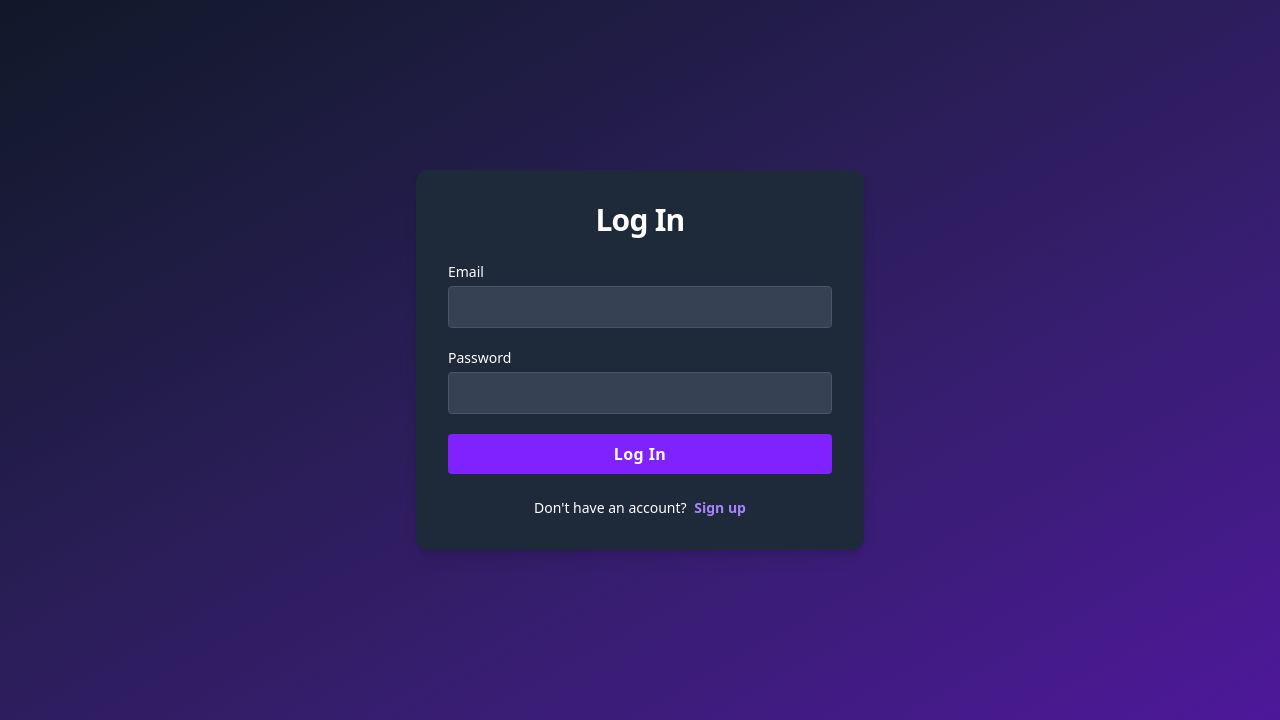
Repository: Marvin-Maina/blogsitev2
Page: /signup
The author's editor kept a copy of each file at every save. The page is drawn from the files as they stood at one save, then again after the next save.
The browser window is 1280 px wide. The pictures show the whole page.
The project was rebuilt for these pictures with package versions that can differ from the ones it lists, and the page was loaded fresh each time. Also part of the build but not shown: vite.config.js, src/components/ThemeToggle.jsx, src/components/Sidebar.jsx, src/pages/Writerdashboard.jsx, src/components/ArticleModal.jsx, src/pages/UserDashboard.jsx, src/pages/Admindashboard.jsx, src/pages/ContentEditor.jsx and 3 more.

Above is the page before, as saved 2025-04-16 20:35:57.

### src/main.jsx
import React from 'react';
import ReactDOM from 'react-dom/client';
import App from './App';
import { BrowserRouter } from 'react-router-dom';
import AuthProvider from './pages/Authprovider';
import './index.css'

ReactDOM.createRoot(document.getElementById('root')).render(
  <React.StrictMode>
    <BrowserRouter>
      <AuthProvider>
        <App />
      </AuthProvider>
    </BrowserRouter>
  </React.StrictMode>
);

### src/App.jsx
import React, { useState, useContext } from "react";
import { Routes, Route, Navigate } from "react-router-dom";
import Sidebar from "./components/Sidebar";
import Signup from "./pages/Signup";
import WriterDashboard from './pages/WriterDashboard';
import UserDashboard from "./pages/UserDashboard";
import AdminDashboard from "./pages/Admindashboard";
import ContentEditor from "./pages/ContentEditor";
import ArticleList from './pages/ArticleList';
import MediaPage from "./pages/Media";
import ProfilePage from "./pages/ProfilePage";

import { ThemeProvider, ThemeContext } from "./ThemeContext";

const Layout = ({ children }) => {
  const [isCollapsed, setIsCollapsed] = useState(false);
  const { isDarkMode } = useContext(ThemeContext);

  return (
    <div className={`flex h-screen ${isDarkMode ? "bg-gray-950 text-white" : "bg-gray-50 text-gray-800"}`}>
      <Sidebar isCollapsed={isCollapsed} toggleCollapse={() => setIsCollapsed(prev => !prev)} />
      <main className={`transition-all duration-300 flex-1 p-4 ${isCollapsed ? "ml-16" : "ml-64"}`}>
        {children}
      </main>
    </div>
  );
};

function App() {
  const user = JSON.parse(localStorage.getItem("user"));

  return (
    <ThemeProvider>
      <Routes>
        {/* Auth page - no sidebar */}
        <Route path="/signup" element={<Signup />} />

        {/* Protect all other routes unless user exists */}
        {!user && <Route path="*" element={<Navigate to="/signup" replace />} />}

        {user && (
          <>
            <Route path="/" element={<Navigate to={`/${user.role}-dashboard`} replace />} />

            <Route
              path="/writer-dashboard"
              element={
                user.role === "writer" ? (
                  <Layout><WriterDashboard /></Layout>
                ) : (
                  <Navigate to="/user-dashboard" replace />
                )
              }
            />

            <Route
              path="/admin-dashboard"
              element={
                user.role === "admin" ? (
                  <Layout><AdminDashboard /></Layout>
                ) : (
                  <Navigate to="/user-dashboard" replace />
                )
              }
            />

            <Route path="/user-dashboard" element={<Layout><UserDashboard /></Layout>} />
            <Route path="/ContentEditor" element={<Layout><ContentEditor /></Layout>} />
            <Route path="/articles" element={<Layout><ArticleList /></Layout>} />
            <Route path="/media" element={<Layout><MediaPage /></Layout>} />
            <Route path="/profile" element={<Layout><ProfilePage /></Layout>} />
            <Route path="*" element={<Navigate to="/" replace />} />
          </>
        )}
      </Routes>
    </ThemeProvider>
  );
}

export default App;

### src/pages/Authprovider.jsx
import { createContext, useContext, useState, useEffect } from 'react';

const AuthContext = createContext();

const AuthProvider = ({ children }) => {
  const [user, setUser] = useState(() => {
    const storedUser = localStorage.getItem('user');
    return storedUser ? JSON.parse(storedUser) : null;
  });

  const [role, setRole] = useState(null);
  const [loading, setLoading] = useState(true);

  useEffect(() => {
    console.log('User info:', user);
  }, [user]);

  useEffect(() => {
    const storedUser = JSON.parse(localStorage.getItem('user'));
    const storedRole = localStorage.getItem('role');

    if (storedUser && storedRole) {
      setUser(storedUser);
      setRole(storedRole);
    }

    setLoading(false);
  }, []);

  const login = (userData, role) => {
    setUser(userData);
    setRole(role);
    localStorage.setItem('user', JSON.stringify(userData));
    localStorage.setItem('role', role);
  };

  const logout = () => {
    setUser(null);
    setRole(null);
    localStorage.removeItem('user');
    localStorage.removeItem('role');
  };

  return (
    <AuthContext.Provider value={{ user, role, login, logout, loading }}>
      {children}
    </AuthContext.Provider>
  );
};

export const useAuth = () => useContext(AuthContext);
export default AuthProvider;

### src/pages/Signup.jsx
import React, { useState, useEffect } from "react";
import { useNavigate } from "react-router-dom";

const Signup = () => {
  const [isLogin, setIsLogin] = useState(true);
  const [name, setName] = useState("");
  const [email, setEmail] = useState("");
  const [password, setPassword] = useState("");
  const [role, setRole] = useState("user");

  const navigate = useNavigate();

  useEffect(() => {
    if (email.trim().toLowerCase() === "admin@admin.com") {
      setRole("admin");
    }
  }, [email]);

  const handleSubmit = (e) => {
    e.preventDefault();

    const users = JSON.parse(localStorage.getItem("users")) || [];

    if (isLogin) {
      const existingUser = users.find(
        (u) => u.email === email && u.password === password
      );

      if (existingUser) {
        localStorage.setItem("user", JSON.stringify(existingUser));
        navigate(`/${existingUser.role}-dashboard`);
      } else {
        alert("Invalid credentials.");
      }
    } else {
      const userExists = users.some((u) => u.email === email);
      if (userExists) {
        alert("User already exists.");
        return;
      }

      const newUser = {
        id: crypto.randomUUID(),
        name,
        email,
        password,
        role: email === "admin@admin.com" ? "admin" : role,
      };

      users.push(newUser);
      localStorage.setItem("users", JSON.stringify(users));
      alert("Signup successful! You can now log in.");
      setIsLogin(true);
    }
  };

  return (
    <div className="flex justify-center items-center min-h-screen bg-gradient-to-br from-gray-900 to-violet-900 text-white px-4">
      <div className="bg-gray-800 w-full max-w-md p-8 rounded-xl shadow-lg">
        <h2 className="text-3xl font-extrabold text-center mb-6 tracking-tight">
          {isLogin ? "Log In" : "Sign Up"}
        </h2>

        <form onSubmit={handleSubmit} className="space-y-5">
          {!isLogin && (
            <div>
              <label className="block text-sm mb-1">Name</label>
              <input
                type="text"
                value={name}
                onChange={(e) => setName(e.target.value)}
                required
                className="w-full px-4 py-2 bg-gray-700 border border-gray-600 rounded focus:outline-none focus:ring-2 focus:ring-violet-500"
              />
            </div>
          )}

          <div>
            <label className="block text-sm mb-1">Email</label>
            <input
              type="email"
              value={email}
              onChange={(e) => setEmail(e.target.value)}
              required
              className="w-full px-4 py-2 bg-gray-700 border border-gray-600 rounded focus:outline-none focus:ring-2 focus:ring-violet-500"
            />
          </div>

          <div>
            <label className="block text-sm mb-1">Password</label>
            <input
              type="password"
              value={password}
              onChange={(e) => setPassword(e.target.value)}
              required
              className="w-full px-4 py-2 bg-gray-700 border border-gray-600 rounded focus:outline-none focus:ring-2 focus:ring-violet-500"
            />
          </div>

          {!isLogin && email.trim().toLowerCase() !== "admin@admin.com" && (
            <div>
              <label className="block text-sm mb-1">Role</label>
              <select
                value={role}
                onChange={(e) => setRole(e.target.value)}
                className="w-full px-4 py-2 bg-gray-700 border border-gray-600 rounded focus:outline-none"
              >
                <option value="user">User</option>
                <option value="writer">Writer</option>
              </select>
            </div>
          )}

          <button
            type="submit"
            className="w-full bg-violet-600 hover:bg-violet-700 transition duration-200 px-4 py-2 rounded font-bold tracking-wide"
          >
            {isLogin ? "Log In" : "Sign Up"}
          </button>
        </form>

        <p className="mt-6 text-sm text-center">
          {isLogin ? "Don't have an account?" : "Already have an account?"}{" "}
          <button
            onClick={() => setIsLogin(!isLogin)}
            className="text-violet-400 hover:text-violet-300 font-semibold ml-1"
          >
            {isLogin ? "Sign up" : "Log in"}
          </button>
        </p>
      </div>
    </div>
  );
};

export default Signup;

### src/ThemeContext.jsx
import React, { createContext, useState, useEffect, useContext } from "react";

// Create the context
export const ThemeContext = createContext();

// Create the ThemeProvider component
export const ThemeProvider = ({ children }) => {
  const [isDarkMode, setIsDarkMode] = useState(false);

  // Load the theme preference from localStorage on initial load
  useEffect(() => {
    const savedTheme = localStorage.getItem("theme");
    if (savedTheme === "dark") {
      setIsDarkMode(true);
    } else {
      setIsDarkMode(false);
    }
  }, []);

  // Save the theme preference to localStorage whenever it changes
  useEffect(() => {
    localStorage.setItem("theme", isDarkMode ? "dark" : "light");
  }, [isDarkMode]);

  return (
    <ThemeContext.Provider value={{ isDarkMode, setIsDarkMode }}>
      {children}
    </ThemeContext.Provider>
  );
};

// Create a custom hook to use the theme context
export const useTheme = () => {
  return useContext(ThemeContext);
};

Loaded but not shown: index.html (common file); src/index.css (common file)

After the next save:
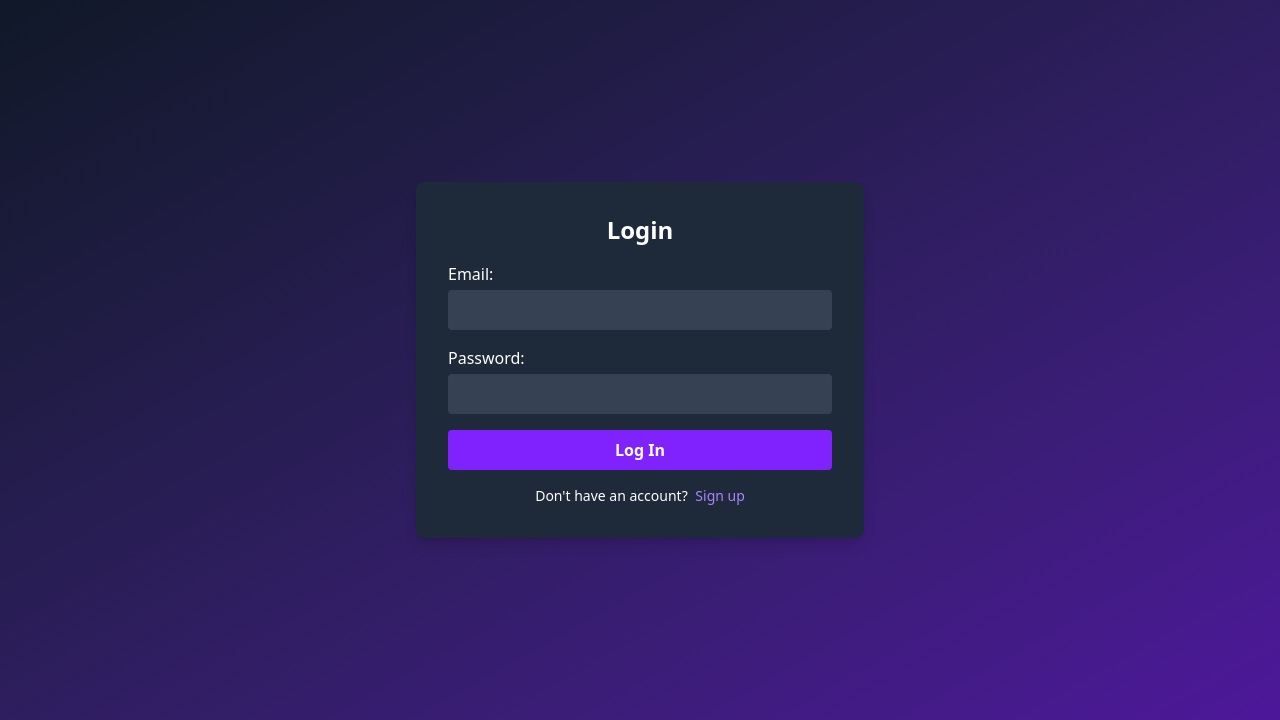
Saved 7 min 41 s later.
--- a/src/pages/Signup.jsx
+++ b/src/pages/Signup.jsx
@@ -1,7 +1,7 @@
 import React, { useState, useEffect } from "react";
 import { useNavigate } from "react-router-dom";
 
-const Signup = () => {
+const SignupLogin = () => {
   const [isLogin, setIsLogin] = useState(true);
   const [name, setName] = useState("");
   const [email, setEmail] = useState("");
@@ -11,7 +11,7 @@ const Signup = () => {
   const navigate = useNavigate();
 
   useEffect(() => {
-    if (email.trim().toLowerCase() === "admin@admin.com") {
+    if (email === "admin@admin.com") {
       setRole("admin");
     }
   }, [email]);
@@ -30,17 +30,16 @@ const Signup = () => {
         localStorage.setItem("user", JSON.stringify(existingUser));
         navigate(`/${existingUser.role}-dashboard`);
       } else {
-        alert("Invalid credentials.");
+        alert("Invalid credentials");
       }
     } else {
       const userExists = users.some((u) => u.email === email);
       if (userExists) {
-        alert("User already exists.");
+        alert("User already exists");
         return;
       }
 
       const newUser = {
-        id: crypto.randomUUID(),
         name,
         email,
         password,
@@ -49,61 +48,63 @@ const Signup = () => {
 
       users.push(newUser);
       localStorage.setItem("users", JSON.stringify(users));
-      alert("Signup successful! You can now log in.");
-      setIsLogin(true);
+
+      // 🔥 Auto-login and redirect
+      localStorage.setItem("user", JSON.stringify(newUser));
+      navigate(`/${newUser.role}-dashboard`);
     }
   };
 
   return (
-    <div className="flex justify-center items-center min-h-screen bg-gradient-to-br from-gray-900 to-violet-900 text-white px-4">
-      <div className="bg-gray-800 w-full max-w-md p-8 rounded-xl shadow-lg">
-        <h2 className="text-3xl font-extrabold text-center mb-6 tracking-tight">
-          {isLogin ? "Log In" : "Sign Up"}
+    <div className="flex justify-center items-center h-screen bg-gradient-to-br from-gray-900 to-violet-900">
+      <div className="bg-gray-800 text-white p-8 rounded-lg shadow-lg w-full max-w-md">
+        <h2 className="text-2xl font-bold mb-4 text-center">
+          {isLogin ? "Login" : "Sign Up"}
         </h2>
 
-        <form onSubmit={handleSubmit} className="space-y-5">
+        <form onSubmit={handleSubmit} className="space-y-4">
           {!isLogin && (
             <div>
-              <label className="block text-sm mb-1">Name</label>
+              <label className="block mb-1">Name:</label>
               <input
+                className="w-full px-4 py-2 rounded bg-gray-700 text-white"
                 type="text"
                 value={name}
                 onChange={(e) => setName(e.target.value)}
                 required
-                className="w-full px-4 py-2 bg-gray-700 border border-gray-600 rounded focus:outline-none focus:ring-2 focus:ring-violet-500"
               />
             </div>
           )}
 
           <div>
-            <label className="block text-sm mb-1">Email</label>
+            <label className="block mb-1">Email:</label>
             <input
+              className="w-full px-4 py-2 rounded bg-gray-700 text-white"
               type="email"
               value={email}
               onChange={(e) => setEmail(e.target.value)}
               required
-              className="w-full px-4 py-2 bg-gray-700 border border-gray-600 rounded focus:outline-none focus:ring-2 focus:ring-violet-500"
             />
           </div>
 
           <div>
-            <label className="block text-sm mb-1">Password</label>
+            <label className="block mb-1">Password:</label>
             <input
+              className="w-full px-4 py-2 rounded bg-gray-700 text-white"
               type="password"
               value={password}
               onChange={(e) => setPassword(e.target.value)}
               required
-              className="w-full px-4 py-2 bg-gray-700 border border-gray-600 rounded focus:outline-none focus:ring-2 focus:ring-violet-500"
             />
           </div>
 
-          {!isLogin && email.trim().toLowerCase() !== "admin@admin.com" && (
+          {!isLogin && email !== "admin@admin.com" && (
             <div>
-              <label className="block text-sm mb-1">Role</label>
+              <label className="block mb-1">Role:</label>
               <select
+                className="w-full px-4 py-2 rounded bg-gray-700 text-white"
                 value={role}
                 onChange={(e) => setRole(e.target.value)}
-                className="w-full px-4 py-2 bg-gray-700 border border-gray-600 rounded focus:outline-none"
               >
                 <option value="user">User</option>
                 <option value="writer">Writer</option>
@@ -113,17 +114,17 @@ const Signup = () => {
 
           <button
             type="submit"
-            className="w-full bg-violet-600 hover:bg-violet-700 transition duration-200 px-4 py-2 rounded font-bold tracking-wide"
+            className="w-full bg-violet-600 hover:bg-violet-700 transition duration-200 px-4 py-2 rounded font-semibold"
           >
             {isLogin ? "Log In" : "Sign Up"}
           </button>
         </form>
 
-        <p className="mt-6 text-sm text-center">
+        <p className="mt-4 text-sm text-center">
           {isLogin ? "Don't have an account?" : "Already have an account?"}{" "}
           <button
+            className="text-violet-400 hover:underline ml-1"
             onClick={() => setIsLogin(!isLogin)}
-            className="text-violet-400 hover:text-violet-300 font-semibold ml-1"
           >
             {isLogin ? "Sign up" : "Log in"}
           </button>
@@ -133,4 +134,4 @@ const Signup = () => {
   );
 };
 
-export default Signup;
+export default SignupLogin;
